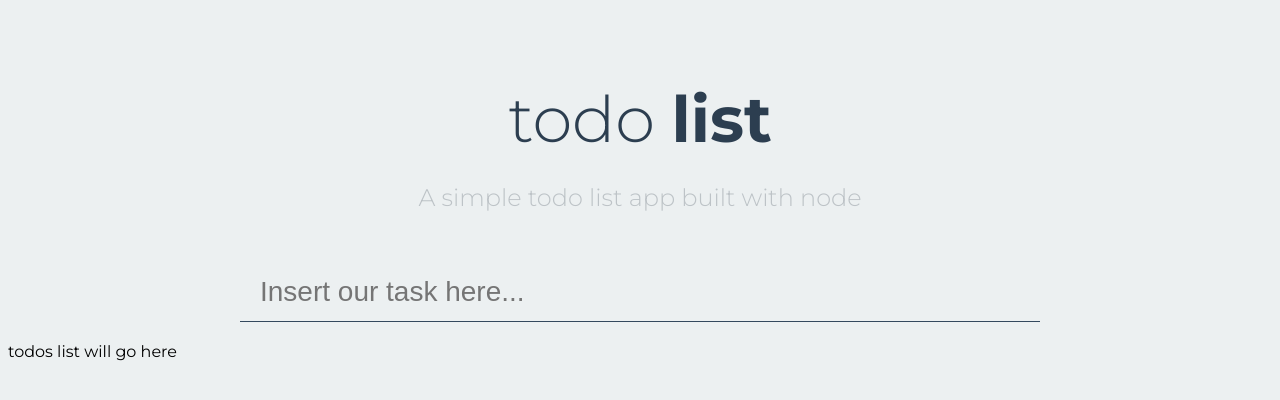
Repository: liuxiaomingskm/front-end-work
Page: todos-api(练习了API的创建调用和通过存储data来保存状态和ajax的put请求)/todos_api/views/index.html
The author's editor kept a record of every edit. The page is drawn from the files as they stood at one moment, then again after the next edit.
The browser window is 1280 px wide. The pictures show the whole page.
The page's requests for data from a server got no answer.

Above is the page before.

### todos-api(练习了API的创建调用和通过存储data来保存状态和ajax的put请求)/todos_api/views/index.html
<head>
    <link rel="stylesheet" href="app.css" type="text/css" />
    <script src="https://code.jquery.com/jquery-3.5.1.min.js"
    integrity="sha256-9/aliU8dGd2tb6OSsuzixeV4y/faTqgFtohetphbbj0="
    crossorigin="anonymous"></script>
</head>
<body>
    <header><h1>todo <span>list</span></h1>
    <h2>A simple todo list app built with node</h2>
    </header>
  <section class='form'>
      <input type="text" id='todoInput' placeholder='Insert our task here...' />

  </section>
  <ul class='list'></ul>

<p>todos list will go here</p>
<script type="text/javascript" src="app.js"></script>
</body>

### todos-api(练习了API的创建调用和通过存储data来保存状态和ajax的put请求)/todos_api/public/app.css
@import url('https://fonts.googleapis.com/css?family=Montserrat:300,400,700');

body {
	font-family: 'Montserrat', sans-serif;
	background: #ecf0f1;
}

/*****************************HEADER STYLES*****************************/
header {
	text-align: center;
}
header h1 {
	font-size: 64px;
	font-weight: 300;
	margin: 80px 0 25px;
	color: #2c3e50;
}
header h1 span {
	font-weight: 700;
}
header h2 {
	color: #bdc3c7;
	font-weight:300;
}
/*****************************FORM STYLES*****************************/

.form {
	width: 800px;
	margin: 50px auto 20px;
}

#todoInput {
	width: 100%;
	height: 60px;
	background: none;
	border: none;
	border-bottom: 1px solid #34495e;
	outline: none;
	font: 300 28px 'Ubuntu', sans-serif;
	padding: 20px;
	color: #34495e;
}

/*****************************LIST STYLES*****************************/
.list {
	width: 800px;
	margin: 0 auto;
}
.task {
	width: 100%;
	height: 60px;
	line-height: 60px;
	font-size: 20px;
	padding: 0 20px;
	color: #34495e;
	transition: all .3s ease;
}
.task:hover {
	background: rgba(0, 0, 0, .02);
	cursor: pointer;
}

.task:hover span{
	opacity: 1;
}

.done {
	text-decoration: line-through;
	color: #bdc3c7;
}

li span {
  float: right;
  color: #c0392b;
  transition: all 0.3s;
  opacity: 0;
}

li span:hover {
  color: #e74c3c
}

### todos-api(练习了API的创建调用和通过存储data来保存状态和ajax的put请求)/todos_api/public/app.js
/* global $ */
$(document).ready(function(){
    $.getJSON("/api/todos")
    .then(addTodos)

    $('#todoInput').keypress(function(event){
        if (event.which == 13){
            //create todo
            createTodo();
        }
    })
});

$('.list').on('click','li', function(req,res){
    updateTodo($(this));
})

$('.list').on('click','span', function(e){//这里要注意监听器只能parent节点上 要不然点击事件对新创建的span无效
        e.stopPropagation();// 阻止事件向上传递 点击span 只会对span触发事件 而不会对包含span的li触发事件
        removeTodo($(this).parent());


})

function addTodos(todos){
    // add todos to page here
    todos.forEach(function(todo){ //这里用map也可以 foreach和map可以互换 除了返回结果不同
     addTodo(todo);
})}


function addTodo(todo){
       var newTodo = $('<li class="task">' + todo.name + '<span>X</span> </li>');
       newTodo.data('id', todo._id); //将id保存在newTodo中 方便后面删除调用
       newTodo.data('completed',todo.completed);
        if(todo.completed){
            newTodo.addClass("done");
        }
        $('.list').append(newTodo);

}
function createTodo(){
    //send request to create new todo
    var usrInput = $('#todoInput').val();
    $.post('/api/todos',{name: usrInput})
    .then(function(newTodo){

       addTodo(newTodo);
        $('#todoInput').val("");
    })
    .catch(function(err){
        console.log(err);
    })

}
function removeTodo(todo){
        var clickedId =  todo.data('id');
       var deleteUrl = '/api/todos/' + clickedId;

       $.ajax({
           method:'DELETE',
           url:deleteUrl
       })
       .then(function(data){
           todo.remove();
       })
       .catch(function(err){
           console.log(err);
       })
}

function updateTodo(todo){
  var clickedId = todo.data('id');
  var updateUrl = '/api/todos/' + clickedId;
  var isDone = todo.data('completed');
  var updateData = {completed: !isDone};
  $.ajax({
      method:'PUT',
      url:updateUrl
  })

}

After the next edit:
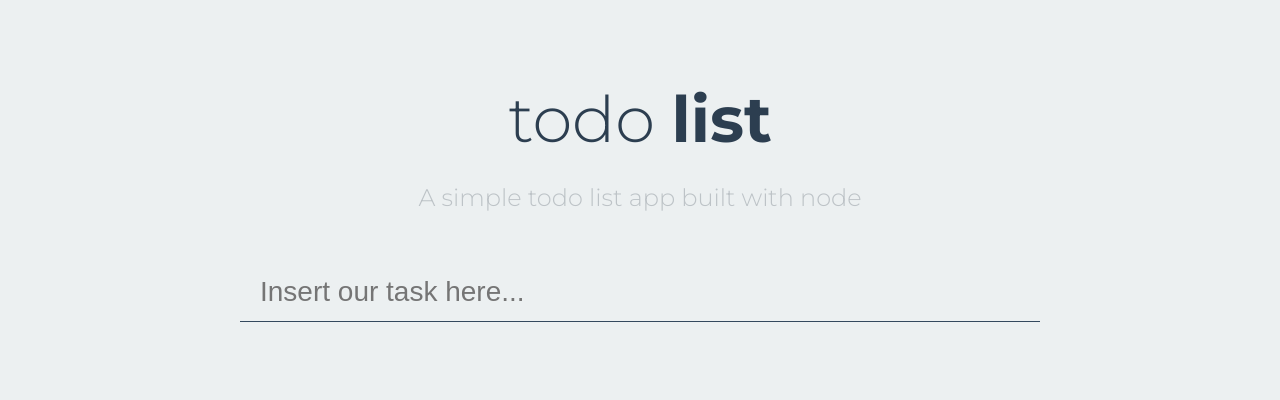
The edit:
--- a/todos-api(练习了API的创建调用和通过存储data来保存状态和ajax的put请求)/todos_api/views/index.html
+++ b/todos-api(练习了API的创建调用和通过存储data来保存状态和ajax的put请求)/todos_api/views/index.html
@@ -12,8 +12,10 @@
       <input type="text" id='todoInput' placeholder='Insert our task here...' />
 
   </section>
-  <ul class='list'></ul>
+  <ul class='list'>
 
-<p>todos list will go here</p>
+  </ul>
+
+
 <script type="text/javascript" src="app.js"></script>
 </body>
